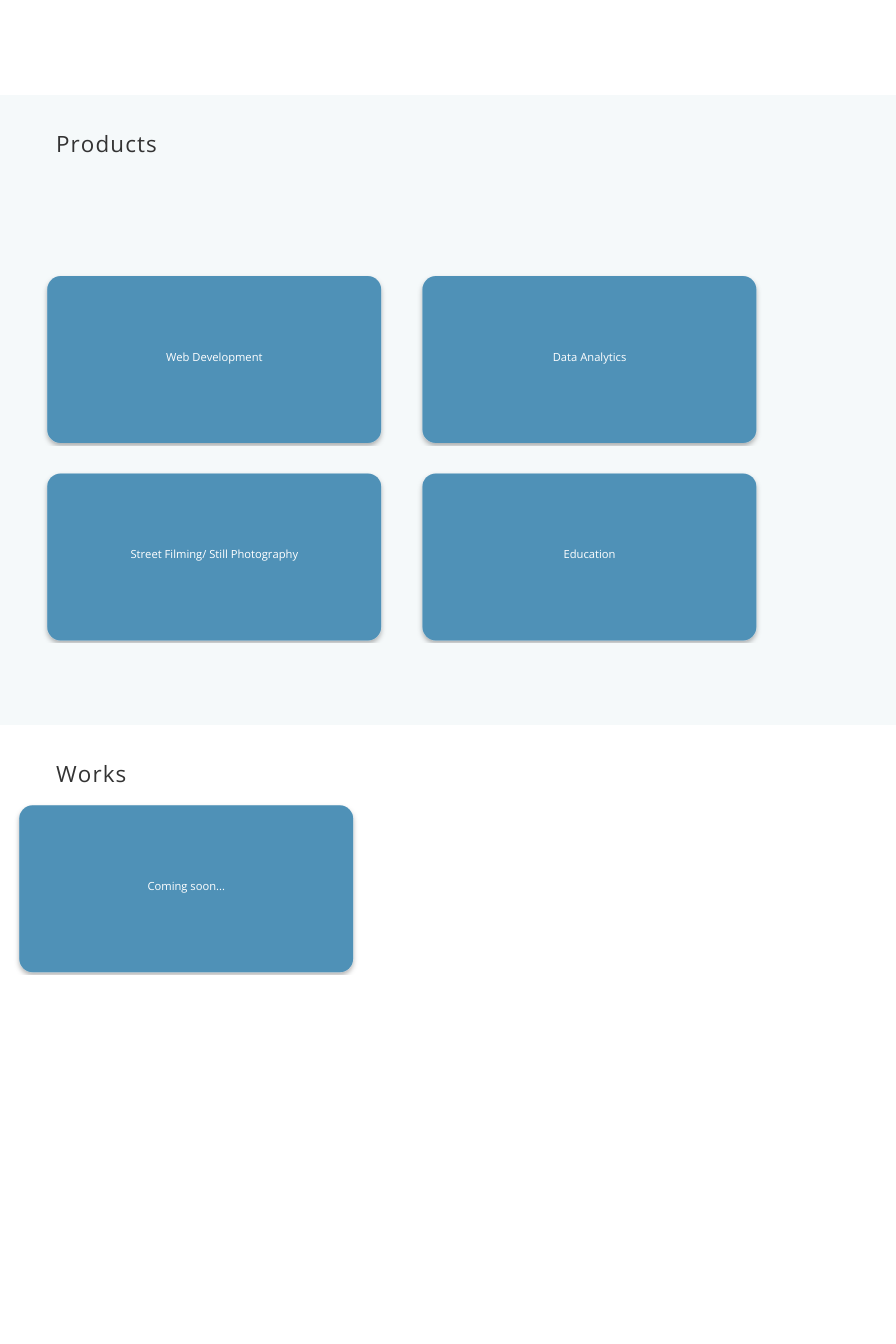
Repository: AirDepot/web
Page: index.html
The author's editor kept a copy of each file at every save. The page is drawn from the files as they stood at one save, then again after the next save.
The browser window is 1280 px wide. The pictures show the part of the page from y = 1844 to 3764 px (the page is 5692 px tall), at 70% of full size.
A picture or video elsewhere on the page could not be fetched, so the positions and the page height are approximate.

Above is the page before, as saved 2020-02-12 19:27:42.

After the next save:
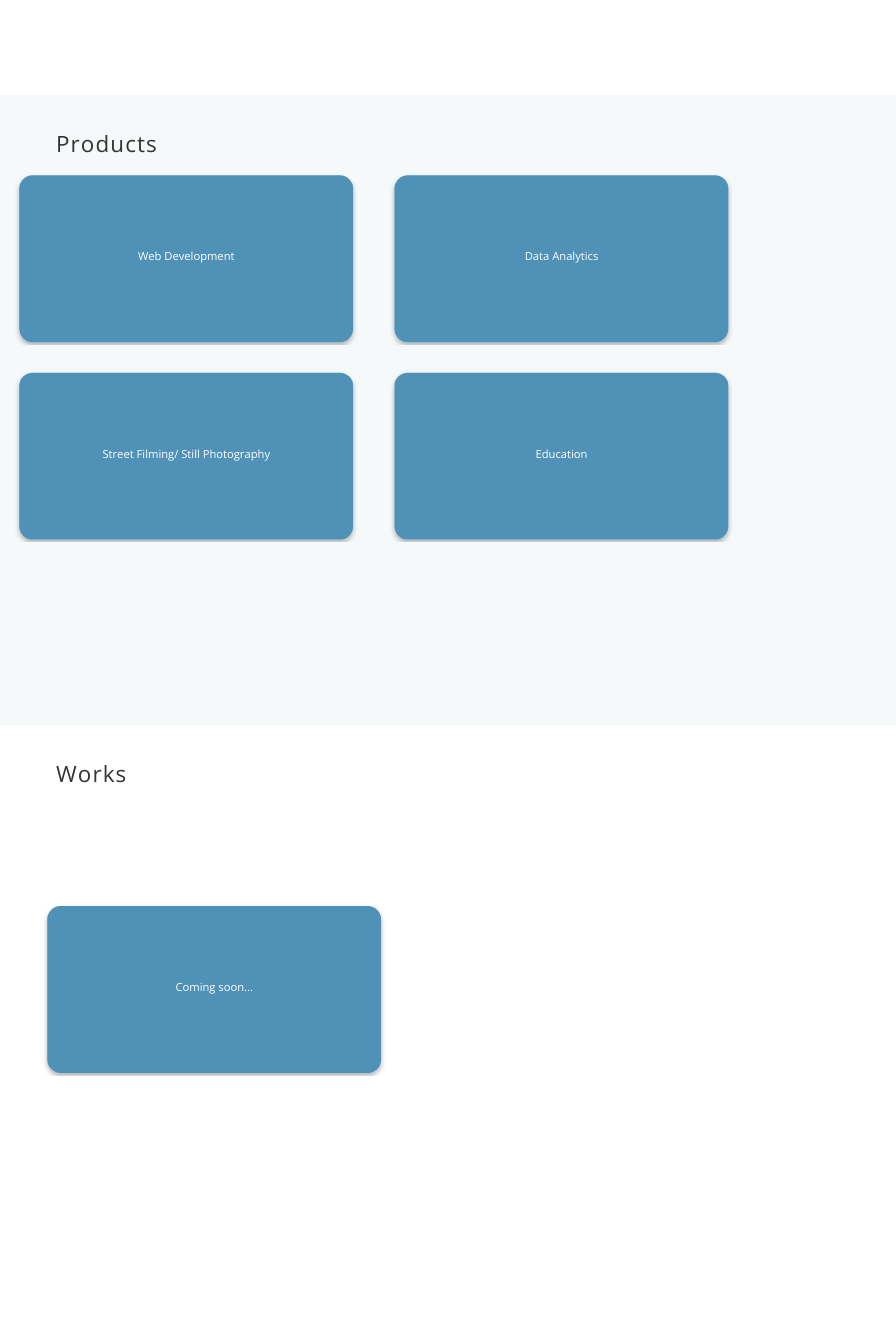
Saved 3 s later.
--- a/assets/css/common.css
+++ b/assets/css/common.css
@@ -126,7 +126,7 @@ div#products {
     background: #F5F9FA;
 }
 
-section#box_master {
+section.box_master {
     display: block;
     width: 1200px;
     margin: 0 auto;
